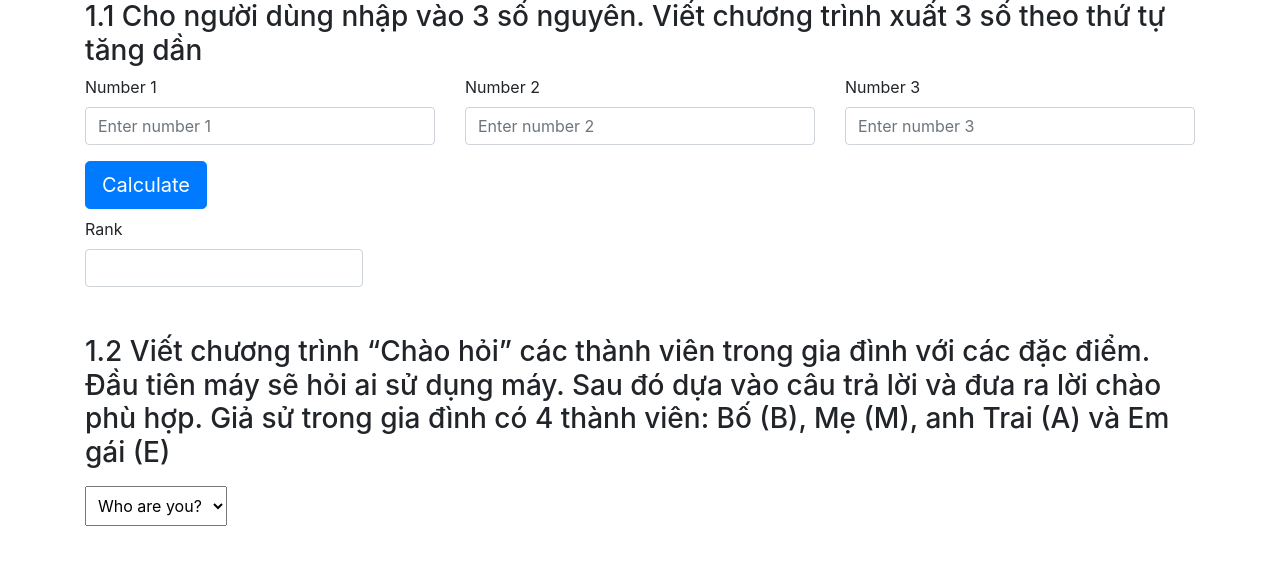
Repository: baobaodeveloper/bootscamp21__jsbasic__HuynhAnhBao
Page: index.html
The author's editor kept a copy of each file at every save. The page is drawn from the files as they stood at one save, then again after the next save.
The browser window is 1280 px wide. The pictures show the whole page.

Above is the page before, as saved 2022-03-10 18:30:03.

### index.html
<!DOCTYPE html>
<html lang="en">
  <head>
    <title>javaScript basic</title>
    <!-- Required meta tags -->
    <meta charset="utf-8" />
    <meta
      name="viewport"
      content="width=device-width, initial-scale=1, shrink-to-fit=no"
    />

    <!-- Bootstrap CSS -->
    <link
      rel="stylesheet"
      href="https://stackpath.bootstrapcdn.com/bootstrap/4.3.1/css/bootstrap.min.css"
      integrity="sha384-ggOyR0iXCbMQv3Xipma34MD+dH/1fQ784/j6cY/iJTQUOhcWr7x9JvoRxT2MZw1T"
      crossorigin="anonymous"
    />
  </head>
  <body>
    <!-- Cho người dùng nhập vào 3 số nguyên. Viết chương trình xuất 3 số theo thứ tự tăng dần -->
    <div class="container mb-xl-5">
      <h3>
        1.1 Cho người dùng nhập vào 3 số nguyên. Viết chương trình xuất 3 số
        theo thứ tự tăng dần
      </h3>

      <div class="row">
        <div class="col">
          <label class="form-label">Number 1</label>
          <input
            type="text"
            class="form-control num1"
            placeholder="Enter number 1"
          />
        </div>
        <div class="col">
          <label class="form-label">Number 2</label>
          <input
            type="number"
            class="form-control num2"
            placeholder="Enter number 2"
          />
        </div>
        <div class="col">
          <label class="form-label">Number 3</label>
          <input
            type="number"
            class="form-control num3"
            placeholder="Enter number 3"
          />
        </div>
      </div>

      <button type="button " class="btn btn-primary btn-lg mt-3 mb-2 btn-rank">
        Calculate
      </button>

      <div class="mt-3 m-auto">
        <label class="form-label">Rank</label>
        <input type="text" class="form-control w-25 result1" />
      </div>
    </div>

    <!-- Viết chương trình “Chào hỏi” các thành viên trong gia đình với các đặc điểm. Đầu tiên máy
    sẽ hỏi ai sử dụng máy. Sau đó dựa vào câu trả lời và đưa ra lời chào phù hợp. Giả sử trong
    gia đình có 4 thành viên: Bố (B), Mẹ (M), anh Trai (A) và Em gái (E) -->
    <div class="container">
      <h3 class="mb-3">
        1.2 Viết chương trình “Chào hỏi” các thành viên trong gia đình với các
        đặc điểm. Đầu tiên máy sẽ hỏi ai sử dụng máy. Sau đó dựa vào câu trả lời
        và đưa ra lời chào phù hợp. Giả sử trong gia đình có 4 thành viên: Bố
        (B), Mẹ (M), anh Trai (A) và Em gái (E)
      </h3>

      <select class="form-select p-2" aria-label="Default select example">
        <option selected>Who are you?</option>
        <option value="1">M</option>
        <option value="2">B</option>
        <option value="3">A</option>
        <option value="3">E</option>
      </select>
    </div>
    <!-- Optional JavaScript -->
    <!-- jQuery first, then Popper.js, then Bootstrap JS -->
    <script
      src="https://code.jquery.com/jquery-3.3.1.slim.min.js"
      integrity="sha384-q8i/X+965DzO0rT7abK41JStQIAqVgRVzpbzo5smXKp4YfRvH+8abtTE1Pi6jizo"
      crossorigin="anonymous"
    ></script>
    <script
      src="https://cdnjs.cloudflare.com/ajax/libs/popper.js/1.14.7/umd/popper.min.js"
      integrity="sha384-UO2eT0CpHqdSJQ6hJty5KVphtPhzWj9WO1clHTMGa3JDZwrnQq4sF86dIHNDz0W1"
      crossorigin="anonymous"
    ></script>
    <script
      src="https://stackpath.bootstrapcdn.com/bootstrap/4.3.1/js/bootstrap.min.js"
      integrity="sha384-JjSmVgyd0p3pXB1rRibZUAYoIIy6OrQ6VrjIEaFf/nJGzIxFDsf4x0xIM+B07jRM"
      crossorigin="anonymous"
    ></script>

    <!-- <script src="exercise1.js"></script> -->
    <script src="exercise2.js"></script>
  </body>
</html>

Loaded but not shown: exercise2.js (no stored copy; drawn as an empty file)

After the next save:
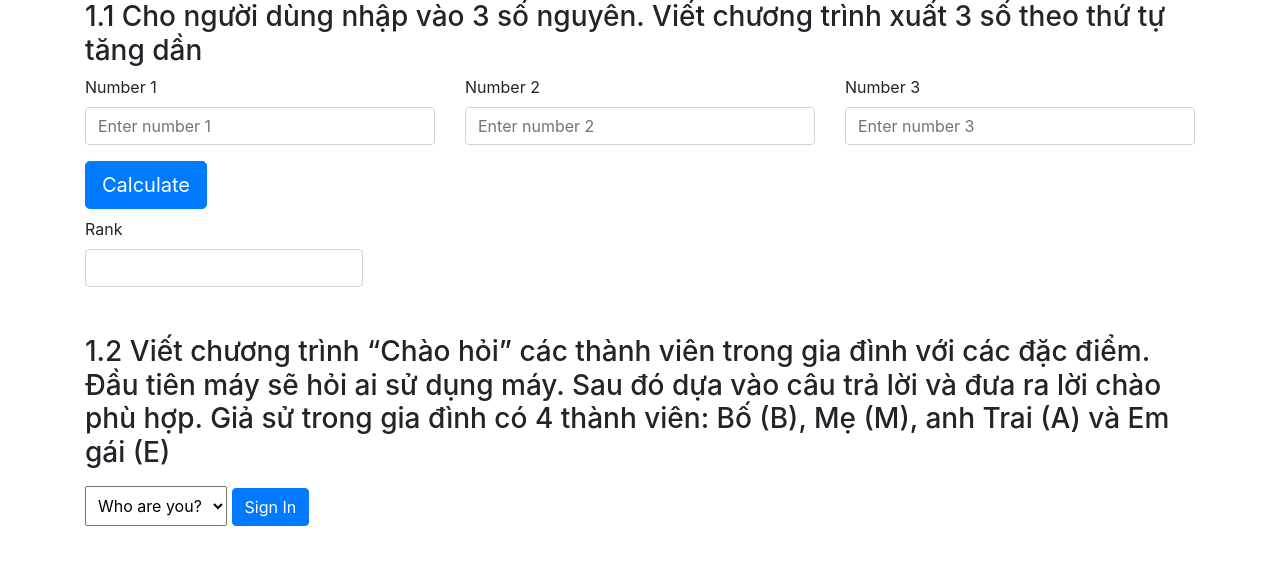
Saved 2 min 1 s later.
--- a/index.html
+++ b/index.html
@@ -75,11 +75,13 @@
 
       <select class="form-select p-2" aria-label="Default select example">
         <option selected>Who are you?</option>
-        <option value="1">M</option>
-        <option value="2">B</option>
-        <option value="3">A</option>
-        <option value="3">E</option>
+        <option value="M">M</option>
+        <option value="B">B</option>
+        <option value="A">A</option>
+        <option value="E">E</option>
       </select>
+
+      <button type="button" class="btn btn-primary">Sign In</button>
     </div>
     <!-- Optional JavaScript -->
     <!-- jQuery first, then Popper.js, then Bootstrap JS -->
